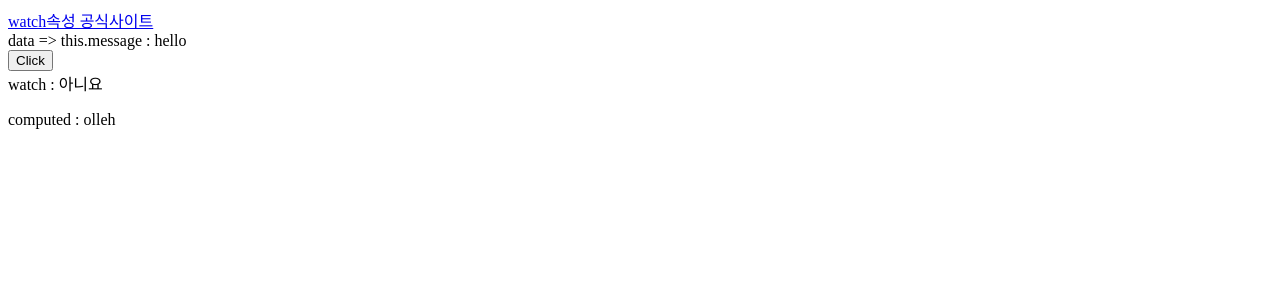
Repository: RyuGeunHwan/code_J
Page: Vuejs/22-08-10 vuejs watch 속성.html
These files come from the project's save history. The page is drawn as it stood at one moment and after the next save; the edit follows.
The browser window is 1280 px wide. The pictures show the whole page.
Some web libraries are served in a nearby version.

Above is the page before, as saved 2022-08-19 10:00:11.

### Vuejs/22-08-10 vuejs watch 속성.html
<!DOCTYPE html>
<html lang="en">
<head>
    <meta charset="UTF-8">
    <meta http-equiv="X-UA-Compatible" content="IE=edge">
    <meta name="viewport" content="width=device-width, initial-scale=1.0">
    <title>watch 속성</title>
    <script src="https://cdn.jsdelivr.net/npm/vue/dist/vue.js"></script>
</head>
<body>
    <a href="https://kr.vuejs.org/v2/guide/computed.html#watch-%EC%86%8D%EC%84%B1">watch속성 공식사이트</a>
    <div id="app">
        data => this.message : {{message}} <br>
        <button @click="changeMessage()">Click</button><br>
        watch : {{updated}} <br>
        <p>computed : {{reversedMessage}}</p>
    </div>
    <script>
        new Vue({
            el: '#app',
            data:{
                message: 'hello',
                updated: '아니요'
            },
            methods:{
                changeMessage(){
                    this.message = '류근환';
                }
            },
            computed:{
                reversedMessage : function(){
                    return this.message.split('').reverse().join('');
                }
            },
            watch:{ // watch에서 message가 변경되는걸 지켜보다가 newVal과 oldVal를 출력 후 updated값 변경
                // newVal : 업데이트된 값 , oldVal : 기존 값
                message(newVal, oldVal){
                    console.log('newVal : '+newVal);
                    console.log('oldVal : '+oldVal);
                    this.updated = '네';
                }
            }
        })
    </script>
</body>
</html>

After the next save:
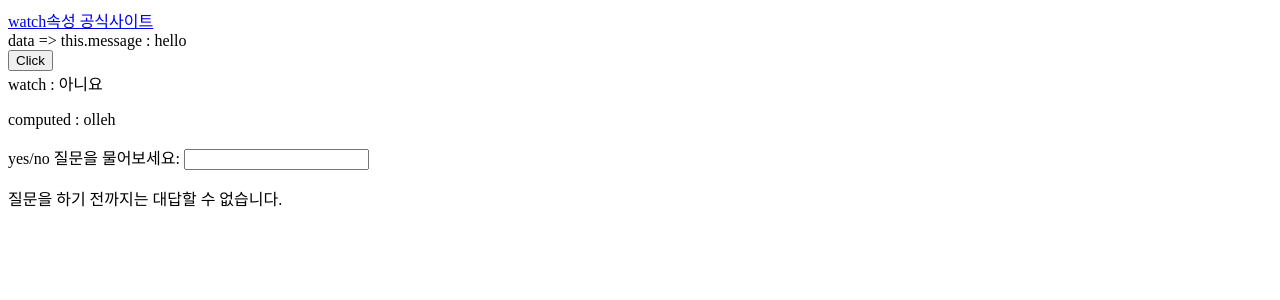
Saved 3 s later.
--- a/Vuejs/22-08-10 vuejs watch 속성.html
+++ b/Vuejs/22-08-10 vuejs watch 속성.html
@@ -42,5 +42,59 @@
             }
         })
     </script>
+    <div id="watch-example">
+  <p>
+    yes/no 질문을 물어보세요:
+    <input v-model="question">
+  </p>
+  <p>{{ answer }}</p>
+</div>
+<!-- 이미 Ajax 라이브러리의 풍부한 생태계와 범용 유틸리티 메소드 컬렉션이 있기 때문에, -->
+<!-- Vue 코어는 다시 만들지 않아 작게 유지됩니다. -->
+<!-- 이것은 이미 익숙한 것을 선택할 수 있는 자유를 줍니다. -->
+<script src="https://unpkg.com/axios@0.12.0/dist/axios.min.js"></script>
+<script src="https://unpkg.com/lodash@4.13.1/lodash.min.js"></script>
+<script>
+var watchExampleVM = new Vue({
+  el: '#watch-example',
+  data: {
+    question: '',
+    answer: '질문을 하기 전까지는 대답할 수 없습니다.'
+  },
+  watch: {
+    // 질문이 변경될 때 마다 이 기능이 실행됩니다.
+    question: function (newQuestion) {
+      this.answer = '입력을 기다리는 중...'
+      this.debouncedGetAnswer()
+    }
+  },
+  created: function () {
+    // _.debounce는 lodash가 제공하는 기능으로
+    // 특히 시간이 많이 소요되는 작업을 실행할 수 있는 빈도를 제한합니다.
+    // 이 경우, 우리는 yesno.wtf/api 에 액세스 하는 빈도를 제한하고,
+    // 사용자가 ajax요청을 하기 전에 타이핑을 완전히 마칠 때까지 기다리길 바랍니다.
+    // _.debounce 함수(또는 이와 유사한 _.throttle)에 대한
+    // 자세한 내용을 보려면 https://lodash.com/docs#debounce 를 방문하세요.
+    this.debouncedGetAnswer = _.debounce(this.getAnswer, 500)
+  },
+   methods: {
+    getAnswer: function () {
+      if (this.question.indexOf('?') === -1) {
+        this.answer = '질문에는 일반적으로 물음표가 포함 됩니다. ;-)'
+        return
+      }
+      this.answer = '생각중...'
+      var vm = this
+      axios.get('https://yesno.wtf/api')
+        .then(function (response) {
+          vm.answer = _.capitalize(response.data.answer)
+        })
+        .catch(function (error) {
+          vm.answer = '에러! API 요청에 오류가 있습니다. ' + error
+        })
+    }
+  }
+})
+</script>
 </body>
 </html>

After the save that followed:
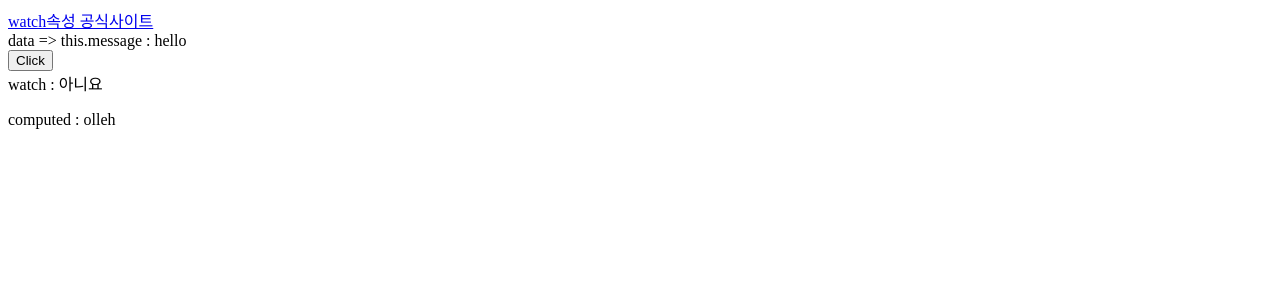
Saved 3 min 2 s later.
--- a/Vuejs/22-08-10 vuejs watch 속성.html
+++ b/Vuejs/22-08-10 vuejs watch 속성.html
@@ -15,7 +15,7 @@
         watch : {{updated}} <br>
         <p>computed : {{reversedMessage}}</p>
     </div>
-    <script>
+<script>
         new Vue({
             el: '#app',
             data:{
@@ -42,59 +42,5 @@
             }
         })
     </script>
-    <div id="watch-example">
-  <p>
-    yes/no 질문을 물어보세요:
-    <input v-model="question">
-  </p>
-  <p>{{ answer }}</p>
-</div>
-<!-- 이미 Ajax 라이브러리의 풍부한 생태계와 범용 유틸리티 메소드 컬렉션이 있기 때문에, -->
-<!-- Vue 코어는 다시 만들지 않아 작게 유지됩니다. -->
-<!-- 이것은 이미 익숙한 것을 선택할 수 있는 자유를 줍니다. -->
-<script src="https://unpkg.com/axios@0.12.0/dist/axios.min.js"></script>
-<script src="https://unpkg.com/lodash@4.13.1/lodash.min.js"></script>
-<script>
-var watchExampleVM = new Vue({
-  el: '#watch-example',
-  data: {
-    question: '',
-    answer: '질문을 하기 전까지는 대답할 수 없습니다.'
-  },
-  watch: {
-    // 질문이 변경될 때 마다 이 기능이 실행됩니다.
-    question: function (newQuestion) {
-      this.answer = '입력을 기다리는 중...'
-      this.debouncedGetAnswer()
-    }
-  },
-  created: function () {
-    // _.debounce는 lodash가 제공하는 기능으로
-    // 특히 시간이 많이 소요되는 작업을 실행할 수 있는 빈도를 제한합니다.
-    // 이 경우, 우리는 yesno.wtf/api 에 액세스 하는 빈도를 제한하고,
-    // 사용자가 ajax요청을 하기 전에 타이핑을 완전히 마칠 때까지 기다리길 바랍니다.
-    // _.debounce 함수(또는 이와 유사한 _.throttle)에 대한
-    // 자세한 내용을 보려면 https://lodash.com/docs#debounce 를 방문하세요.
-    this.debouncedGetAnswer = _.debounce(this.getAnswer, 500)
-  },
-   methods: {
-    getAnswer: function () {
-      if (this.question.indexOf('?') === -1) {
-        this.answer = '질문에는 일반적으로 물음표가 포함 됩니다. ;-)'
-        return
-      }
-      this.answer = '생각중...'
-      var vm = this
-      axios.get('https://yesno.wtf/api')
-        .then(function (response) {
-          vm.answer = _.capitalize(response.data.answer)
-        })
-        .catch(function (error) {
-          vm.answer = '에러! API 요청에 오류가 있습니다. ' + error
-        })
-    }
-  }
-})
-</script>
 </body>
 </html>
